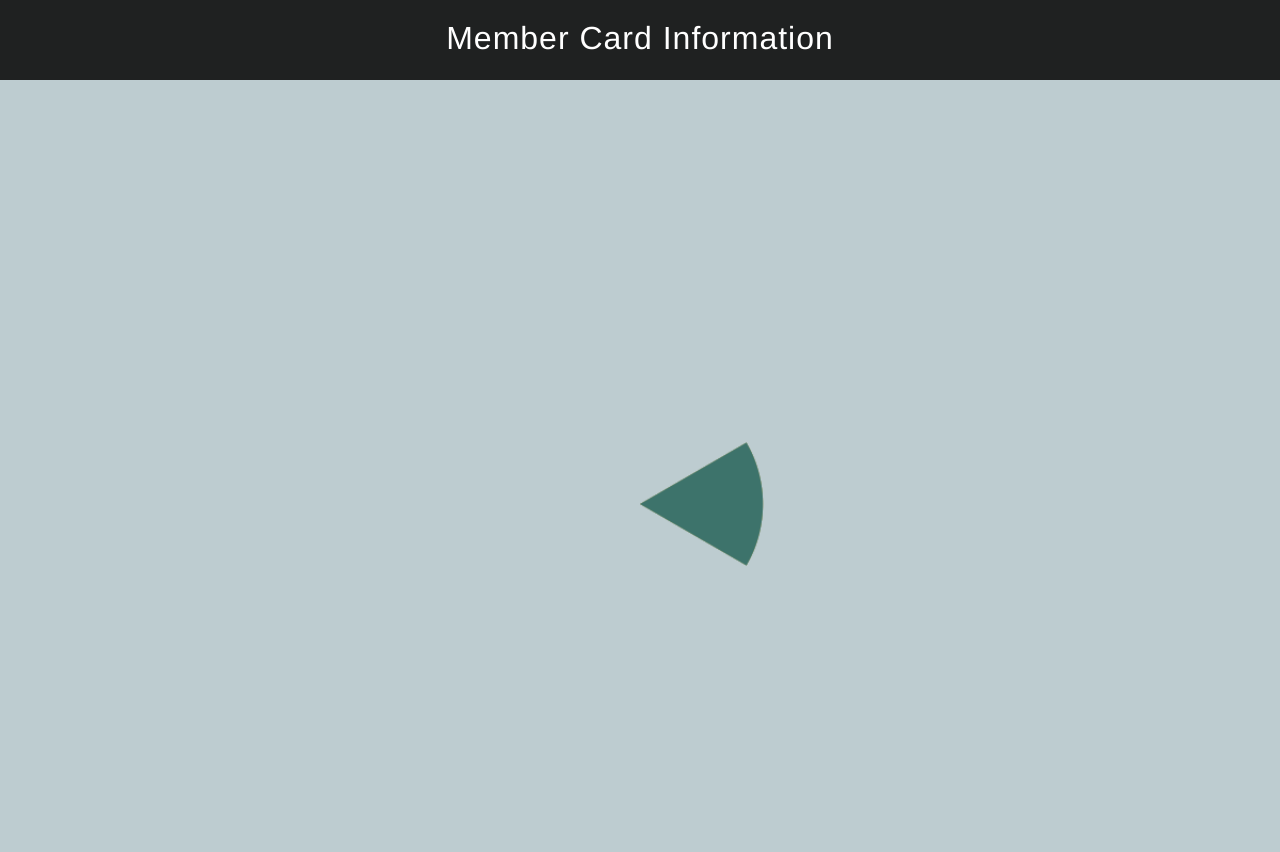
Repository: Leooook/lzhao-fed-test
Page: /
An editor plug-in stored every save of this project. The page is shown before and after a run of saves, followed by the edit.
The browser window is 1280 px wide. The pictures show the whole page.
The page's requests for data from a server got no answer. The project was rebuilt for these pictures with package versions that can differ from the ones it lists, and the page was loaded fresh each time. No one was signed in, and anything a server would have sent is missing. Also part of the build but not shown: src/components/detail.jsx.

Above is the page before, as saved 2021-03-15 21:48:40.

### src/index.html
<!DOCTYPE html>
<html lang="en">
	<head>
		<meta charset="utf-8" />
		<meta http-equiv="X-UA-Compatible" content="IE=edge,chrome=1" />
		<title>Member Card Info</title>
		<meta name="description" content="" />
		<meta name="viewport" content="width=device-width, initial-scale=1.0, maximum-scale=1.0, user-scalable=no" />
	</head>
	<body>
		<div id="root" class="react-root"></div>
	</body>
</html>

### src/App.js
import React, {useState} from 'react';

import './App.css'
import Header from './components/header.jsx'
import Feature from './components/feature.jsx'

export default function App() {
  const [featureAmount, setFeatureAmount] = useState([1])

  const setFeature = () => {
    setFeatureAmount(featureAmount => {return [...featureAmount, 1]})
  }

	return (
    <div className='app'>
      <Header />
      {
        featureAmount.map((key) => <Feature key = {key} setFeature = {() => setFeature()} />)
      }
    </div>
  )
}

### src/App.css
* {
	margin: 0;
	padding: 0;
	box-sizing: border-box;
}
:root {
	--nav-black: rgba(14, 14, 14, 0.897);
	--white: #ffffff;
	--light-blue: rgb(189, 204, 208);
	--grey: rgb(145, 145, 145);
	--light-grey: rgb(209, 209, 209);
}
/* app */
.app {
	max-width: 100vw;
	min-height: 100vh;
	background-color: var(--light-blue);
}
.add-feature {
	position: relative;
	color: rgba(65, 65, 65, 0.418);
	width: 60px;
	height: 60px;
	margin: 30px auto 0 auto;
	display: block;
	cursor: pointer;
	animation: upAndDown 3s ease-in-out infinite;
}
.add-feature:active {
	transform: scale(1.1);
	transition: all 1s ease;
}
@keyframes upAndDown {
	0% {
		bottom: 0;
	}
	50% {
		bottom: 10px;
	}
	100% {
		bottom: 0;
	}
}
/* end of app */
/* header */
.header {
	background-color: var(--nav-black);
	height: 80px;
	padding: 20px;
	margin-bottom: 80px;
	font-size: 2rem;
	font-family: 'Franklin Gothic Medium', 'Arial Narrow', Arial, sans-serif;
	text-align: center;
	color: var(--white);
	letter-spacing: 1px;
}
@media screen and (max-width: 500px) {
	.header {
		margin-bottom: 30px;
		padding: 30px;
		font-size: 1.4rem;
	}
}
/* end of header */
/* loader */
.load {
	width: 100%;
}
.loadPic {
	width: 20%;
	margin: 30vh 40%;
}
/* end of loader */
/* feature */
.feature {
	margin-top: -65px;
	padding: 60px 8%;
	display: grid;
	grid-template-columns: repeat(auto-fill, minmax(450px, 1fr));
	grid-row-gap: 50px;
	grid-column-gap: 80px;
}
@media screen and (max-width: 500px) {
	.feature {
		padding: 30px 20px;
		display: initial;
	}
}
/* end of feature */
/* detail */
.detail {
	margin: auto;
	padding: 10px 20px;
	width: 450px;
	height: 240px;
	background: hsla(0, 0%, 100%, .3);
	border-radius: 6px;
	box-shadow: 0 6px 20px 6px rgba(0, 0, 0, 0.207);
	display: flex;
	align-items: center;
	cursor: pointer;
	transition: all linear 0.2s;
}
.detail:hover {
	transform: scale(1.05);
	box-shadow: 0 10px 30px 10px rgba(0, 0, 0, 0.207);
}
.left-section {
	width: calc(40% - 20px);
	margin-right: 10%;
}
.right-section {
	width: clac(50% - 20px);
}
.detail-pic {
	margin: 0 auto;
	height: 140px;
	width: 140px;
	border-radius: 50%;
	box-shadow: 0 0 10px 8px var(--light-grey);
}
.detail-info {
	margin-bottom: 10px;
}
.detail-name {
	font-family: 'Playfair Display', serif;
	font-weight: bold;
	font-size: 1.3rem;
}
.detail-name2 {
	font-weight: 100;
	font-size: 0.9rem;
	color: rgb(82, 82, 82);
	font-style: oblique;
}
.detail-sex-date {
	display: flex;
}
.detail-date {
	margin-right: 13px;
}
.detail-font {
	font-family: 'Source Sans Pro', sans-serif;
	font-size: 0.8rem;
}
@media screen and (max-width: 500px) {
	.detail {
		margin-bottom: 30px;
		width: 90vw;
		height: 50vw;
	}
	.detail-pic {
		height: 100px;
		width: 100px;
	}
	.detail-info {
		margin-bottom: 6px;
	}
	.detail-name {
		font-size: 1rem;
	}
	.detail-name2 {
		font-size: 0.8rem;
	}
	.detail-date {
		margin-right: 8px;
	}
	.detail-font {
		font-size: 0.75rem;
	}
}
/* end of detail */

### src/components/header.jsx
import React, { Component } from 'react'

class Header extends Component {
	render() {
		return <section className="header">Member Card Information</section>
	}
}

export default Header

### src/components/feature.jsx
import React, { Component } from 'react'

import Loader from './loader.jsx'
import Detail from './detail.jsx'

class Feature extends Component {
	state = {
		dataSet: [],
		dataAmount: 6
	}

	fetchData = () => {
		fetch('https://randomuser.me/api/', {
			method: 'GET'
		})
			.then((response) => response.json())
			.then((data) => {
				let dataSet = this.state.dataSet
				dataSet.push(data.results[0])
				this.setState({ dataSet })
			})
			.catch((error) => {
				console.error('Error:', error)
			})
	}

	componentDidMount() {
		for (let i = 0; i < this.state.dataAmount; i++) {
			this.fetchData()
		}
	}

	render() {
		if (this.state.dataSet.length === 0 || this.state.dataSet.length % 6 !== 0) {
			return <Loader />
		} else {
			return (
				<section className="feature">
					{this.state.dataSet.map((each, key) => <Detail key={key} data={each} />)}
				</section>
			)
		}
	}
}

export default Feature

### src/components/loader.jsx
import React from 'react'

import loadPic from '../images/load.gif'

function Loader() {
	return (
		<section className="load">
			<img src={loadPic} className="loadPic" alt="load" />
		</section>
	)
}

export default Loader

Loaded but not shown: src/index.js (common file)

After the next 2 saves:
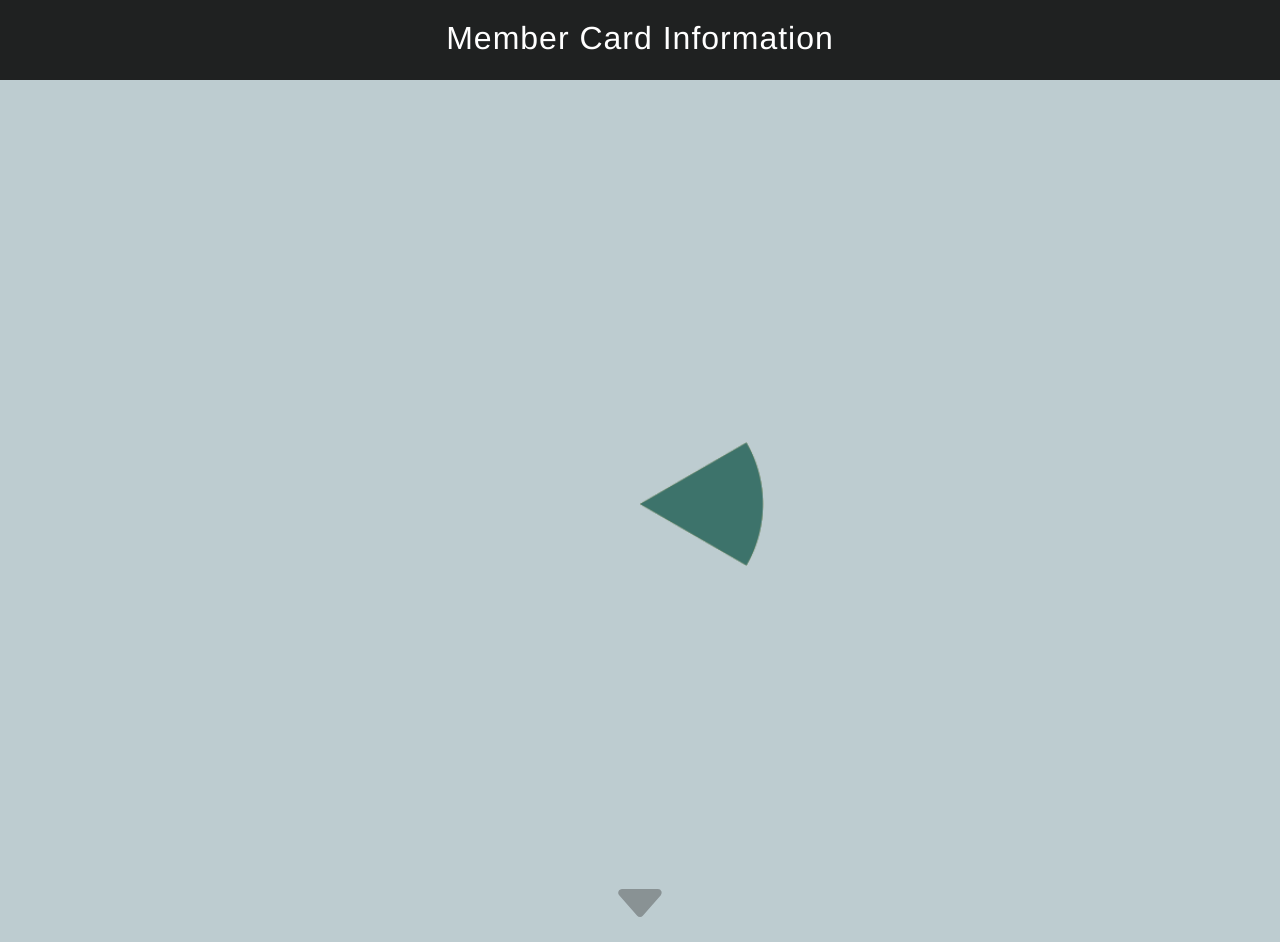
The 2 saves are shown as one change because they came seconds apart.
The last was saved 19 s later.
--- a/src/App.js
+++ b/src/App.js
@@ -1,4 +1,5 @@
 import React, {useState} from 'react';
+import {BsCaretDownFill} from 'react-icons/bs'
 
 import './App.css'
 import Header from './components/header.jsx'
@@ -15,8 +16,9 @@ export default function App() {
     <div className='app'>
       <Header />
       {
-        featureAmount.map((key) => <Feature key = {key} setFeature = {() => setFeature()} />)
+        featureAmount.map((key) => <Feature key = {key}/>)
       }
+      <BsCaretDownFill className='add-feature' onClick={() => setFeature()}/>
     </div>
   )
 }
